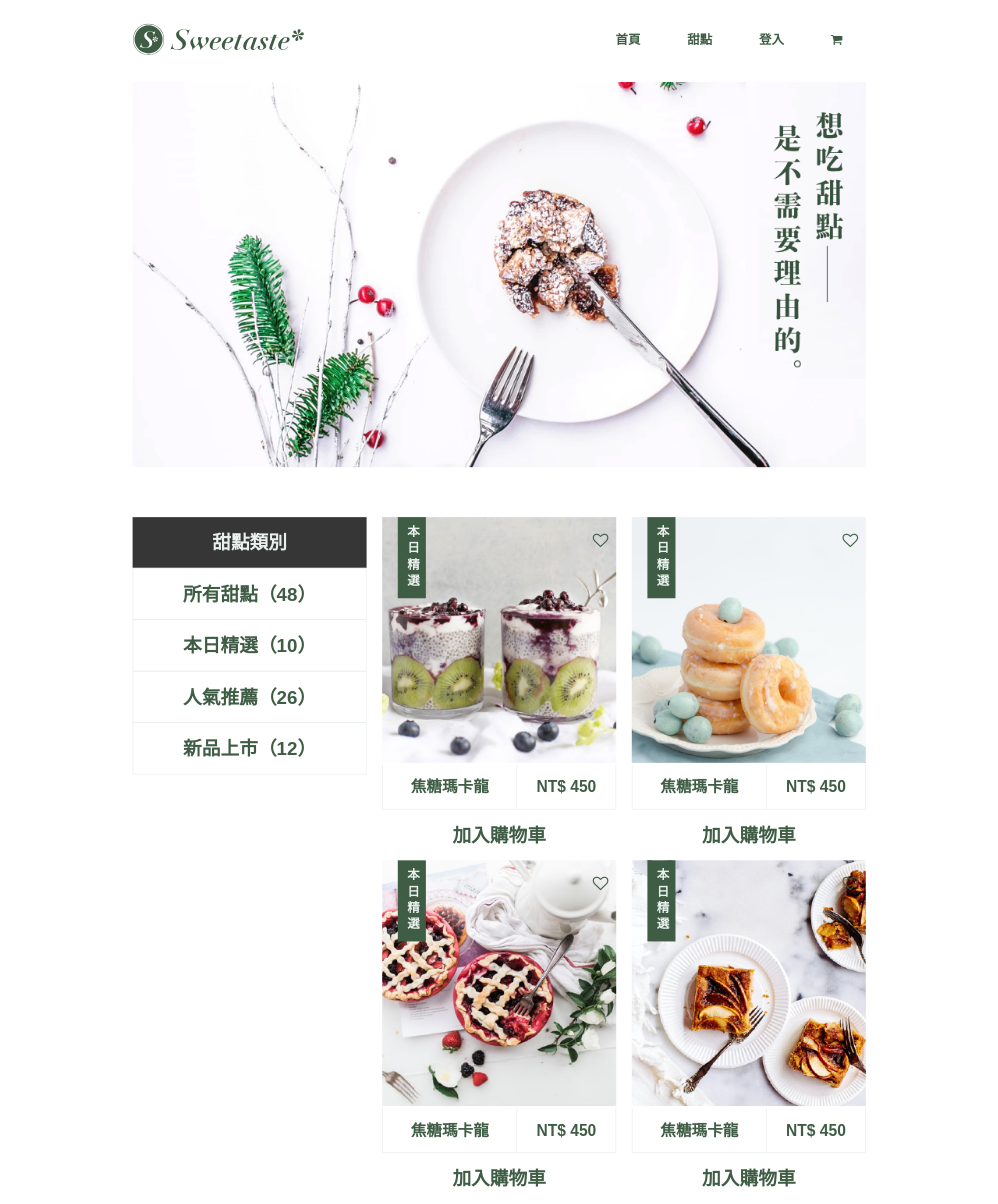
Repository: michelle61219/Sweets
Page: index.html
These files come from the project's save history. The page is drawn as it stood at one moment and after the next save; the edit follows.
The browser window is 1280 px wide. The pictures show the whole page, at 78% of full size.

Above is the page before, as saved 2021-06-13 15:45:32.

After the next save:
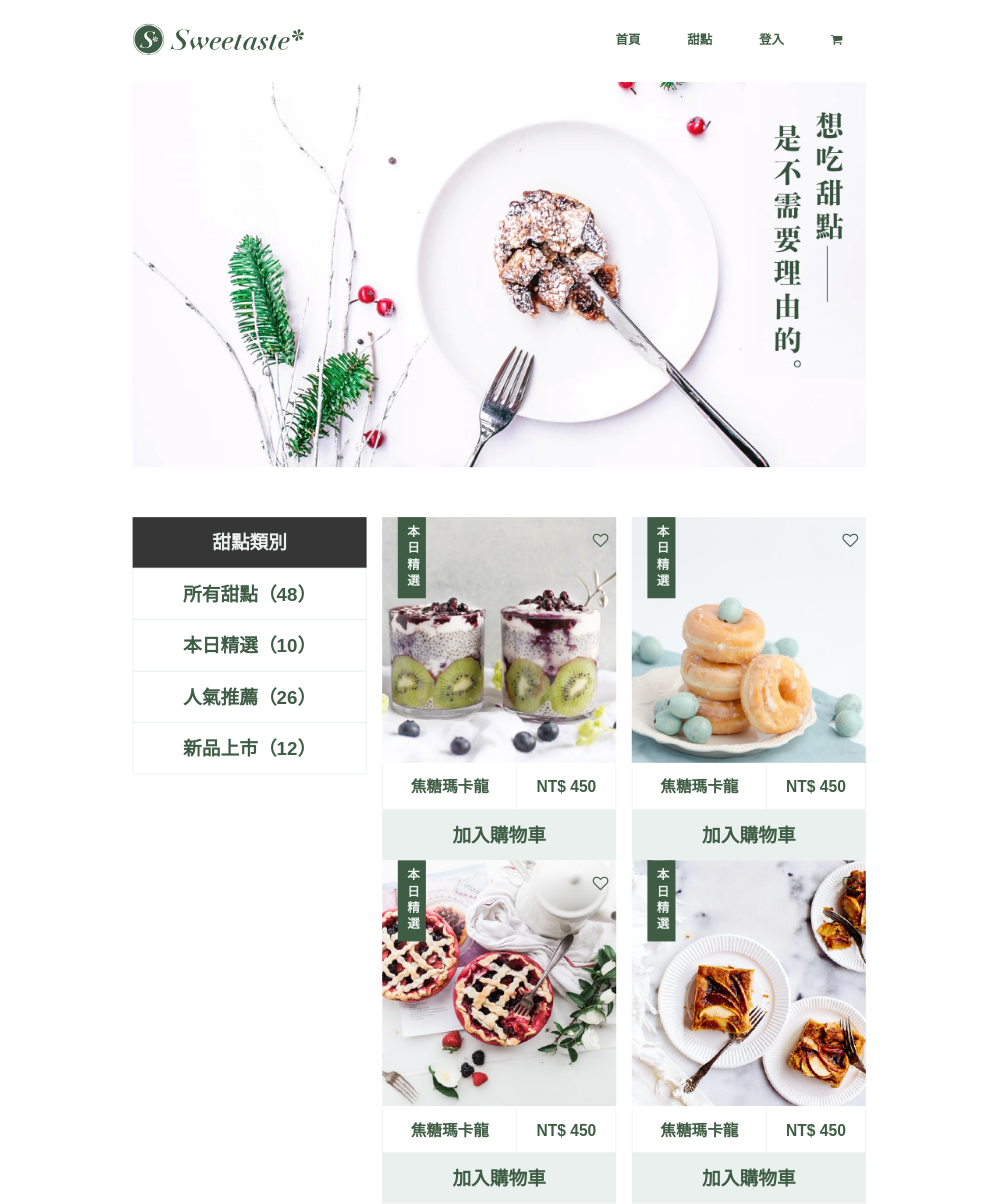
Saved 32 s later.
--- a/style.css
+++ b/style.css
@@ -260,5 +260,6 @@ a {
 	display: block;
 	font-size: 24px;
 	line-height: 65px;
-	text-align: center;
-}
+	background: #eaf0ed;
+	text-align: center;
+}
